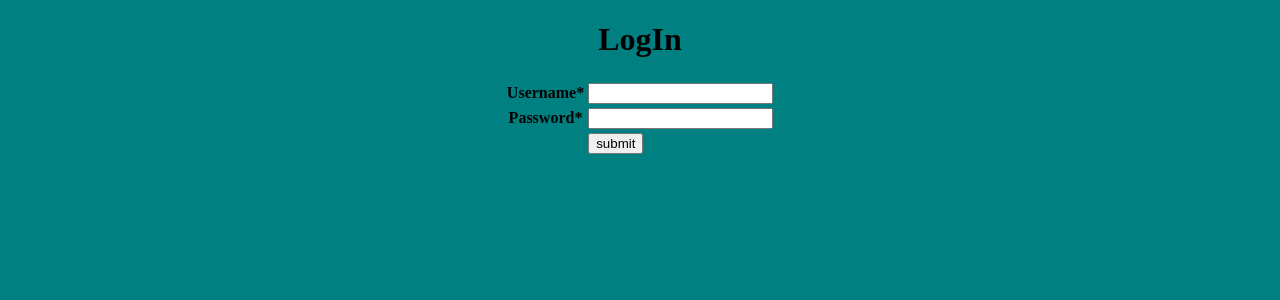
Repository: raviraj226/AdvanceJava
Page: http://localhost/Ravi_Maven/LoginWeb.jsp
These files come from the project's save history. The page is drawn as it stood at one moment and after the next save; the edit follows.
The browser window is 1280 px wide. The pictures show the whole page.
The page is served by Tomcat 9.

Above is the page before, as saved 2022-03-15 10:38:39.

After the next save:
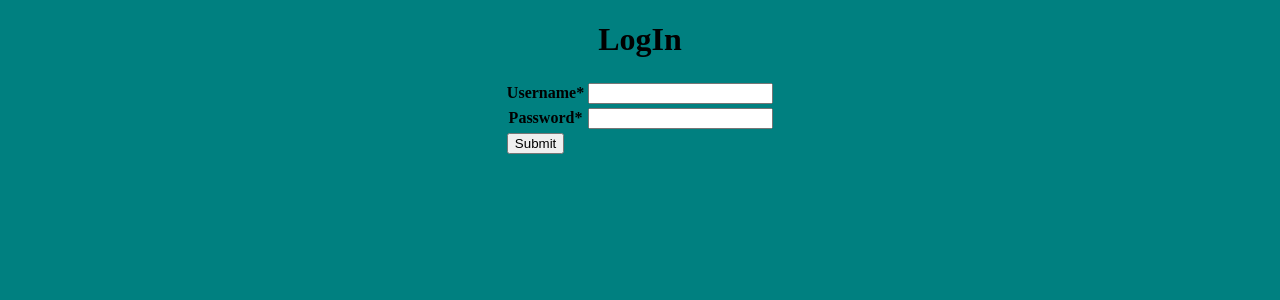
Saved 114 s later.
--- a/Advance Java/Ravi_Maven/src/main/webapp/LoginWeb.jsp
+++ b/Advance Java/Ravi_Maven/src/main/webapp/LoginWeb.jsp
@@ -27,11 +27,11 @@
 			<td><input type="password" name="pwd"></td>
 			</tr>
 			<tr>
-				<th></th>
-				<td><input type="submit" name="op" value="submit"></input></td>
+
+				<td><input type="Submit" name="op" value="Submit"></input></td>
 			</tr>
 			<tr>
-
+			<td> </td>
 			</tr>
 		</table>
 	</form>
